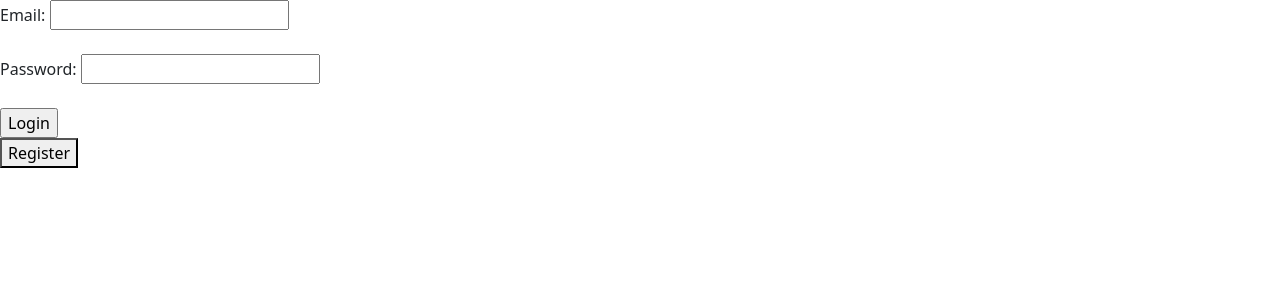
Repository: MD-1107/ISS_Assignment
Page: http://localhost/DemoRegisterLogin/login.jsp
The author's editor kept a copy of each file at every save. The page is drawn from the files as they stood at one save, then again after the next save.
The browser window is 1280 px wide. The pictures show the whole page.
The page is served by Tomcat 9. Other server files are loaded and not shown.

Above is the page before, as saved 2024-01-03 11:34:57.
Console error: TypeError: Cannot read properties of null (reading 'addEventListener')

### INTEGRATING CLIENT SIDE PROGRAMMING/DemoRegisterLogin/src/main/webapp/login.jsp
<%@ page language="java" contentType="text/html; charset=UTF-8"
    pageEncoding="UTF-8"%>
<!DOCTYPE html>
<html>
<head>
<meta charset="UTF-8">
<title>Insert title here</title>
<link href="https://cdn.jsdelivr.net/npm/bootstrap@5.3.2/dist/css/bootstrap.min.css" rel="stylesheet" integrity="sha384-T3c6CoIi6uLrA9TneNEoa7RxnatzjcDSCmG1MXxSR1GAsXEV/Dwwykc2MPK8M2HN" crossorigin="anonymous">
 <script src="https://cdn.jsdelivr.net/npm/bootstrap@5.3.2/dist/js/bootstrap.bundle.min.js" integrity="sha384-C6RzsynM9kWDrMNeT87bh95OGNyZPhcTNXj1NW7RuBCsyN/o0jlpcV8Qyq46cDfL" crossorigin="anonymous"></script>
<script defer src="script.js"></script>
</head>
<body>
<form name="loginForm" action="Login" method="post">
    Email: <input type="text" id="email" name="email"/> <br/> <br/>
    Password: <input type="password" id="password" name="password"/> <br/> <br/>
    <input type="submit" value="Login" />
</form>

<div class="newUser">
       <form action="Register" method="get">
        <button type="submit">Register</button>
</div>
</body>
</html>

### INTEGRATING CLIENT SIDE PROGRAMMING/DemoRegisterLogin/src/main/webapp/script.js
document.addEventListener("DOMContentLoaded", function () {
    const form = document.getElementById("form");
    const name = document.getElementById("name");
    const email = document.getElementById("email");
    const contact = document.getElementById("contact");
    const password = document.getElementById("password");
    const password2 = document.getElementById("password2");

    form.addEventListener("submit", function (e) {
        e.preventDefault();
        validateInputs();
    });

    const setError = (element, message) => {
        const inputControl = element.parentElement;
        const errorDisplay = inputControl.querySelector(".error");

        errorDisplay.innerText = message;
        inputControl.classList.add("error");
        inputControl.classList.remove("success");
    };

    const setSuccess = (element) => {
        const inputControl = element.parentElement;
        const errorDisplay = inputControl.querySelector(".error");

        errorDisplay.innerText = "";
        inputControl.classList.add("success");
        inputControl.classList.remove("error");
    };

    const isValidEmail = (email) => {
        const emailFormat = /^(([^<>()[\]\\.,;:\s@"]+(\.[^<>()[\]\\.,;:\s@"]+)*)|(".+"))@((\[[0-9]{1,3}\.[0-9]{1,3}\.[0-9]{1,3}\.[0-9]{1,3}\])|(([a-zA-Z\-0-9]+\.)+[a-zA-Z]{2,}))$/;

        return emailFormat.test(String(email).toLowerCase());
    };

    const validateInputs = () => {
        const nameValue = name.value.trim();
        const emailValue = email.value.trim();
        const contactValue = contact.value.trim();
        const passwordValue = password.value.trim();
        const password2Value = password2.value.trim();

        // ... (same validation logic as in the previous JavaScript code)

    };
});

After the next save:
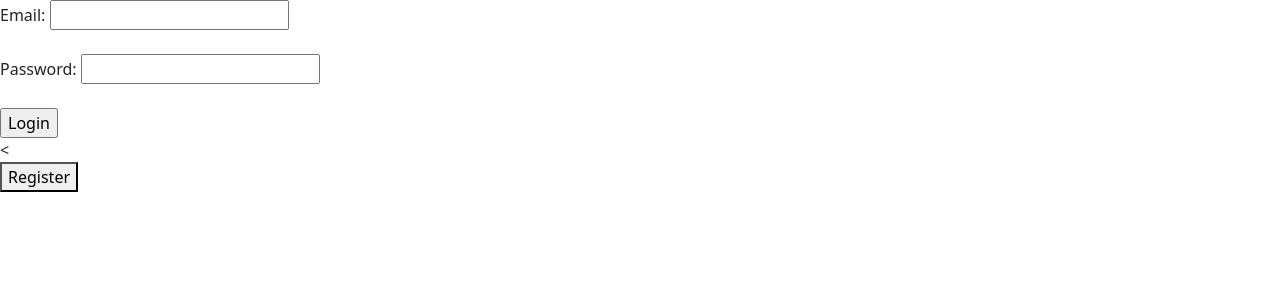
Saved 37 s later.
--- a/INTEGRATING CLIENT SIDE PROGRAMMING/DemoRegisterLogin/src/main/webapp/login.jsp
+++ b/INTEGRATING CLIENT SIDE PROGRAMMING/DemoRegisterLogin/src/main/webapp/login.jsp
@@ -10,11 +10,13 @@
 <script defer src="script.js"></script>
 </head>
 <body>
+<div class="input-control">
 <form name="loginForm" action="Login" method="post">
     Email: <input type="text" id="email" name="email"/> <br/> <br/>
     Password: <input type="password" id="password" name="password"/> <br/> <br/>
     <input type="submit" value="Login" />
 </form>
+<div class="error"><</div></div>
 
 <div class="newUser">
        <form action="Register" method="get">
